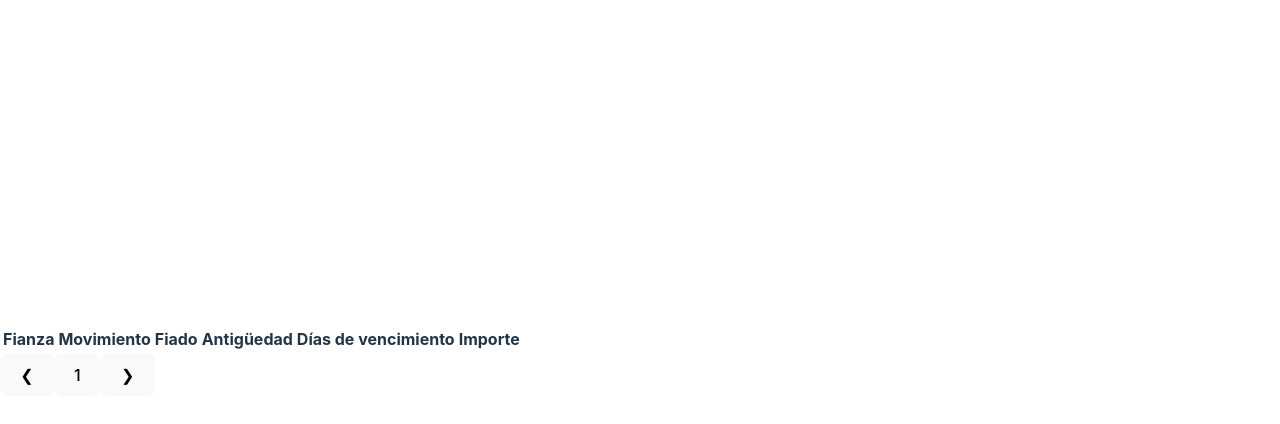
Repository: PCGP22/prueba-t-cnica-liberty-finanzas
Page: / (app in Prueba técnica full-stack/client/)
These files come from the project's save history. The page is drawn as it stood at one moment and after the next save; the edit follows.
The browser window is 1280 px wide. The pictures show the whole page.
The page's requests for data from a server got no answer. The project was rebuilt for these pictures with package versions that can differ from the ones it lists, and the page was loaded fresh each time. No one was signed in, and anything a server would have sent is missing. Also part of the build but not shown: Prueba técnica full-stack/client/vite.config.js, Prueba técnica full-stack/client/src/containers/tableContainer.jsx.

Above is the page before, as saved 2023-11-14 04:02:38.

### Prueba técnica full-stack/client/src/App.jsx
import useFetch from "./hooks/useFetch";
import useData from "./hooks/useData";
import { dataContext } from "./context/dataContext";
import Table from "./components/Table";
import { useEffect, useLayoutEffect, useState } from "react";
import usePagination from "./hooks/usePagination";
import TableContainer from "./containers/tableContainer";
import Pagination from "./components/pagination";

function App() {
  let url = "http://localhost:5000/primas";
  const {
    maxPages,
    currentPage,
    setCurrentPage,
    setData,
    currentData,
    setNextPage,
    setPrevPage,
  } = usePagination();
  useEffect(() => {
    fetch(url)
      .then((res) => res.json())
      .then((data) => setData(data.primas));
  }, [url]);

  return (
    <dataContext.Provider
      value={{
        maxPages,
        currentPage,
        setCurrentPage,
        setData,
        currentData,
        setNextPage,
        setPrevPage,
      }}>
      <Table data={currentData} />
      <Pagination />
    </dataContext.Provider>
  );
}

export default App;

### Prueba técnica full-stack/client/src/hooks/useFetch.jsx
import { useState, useEffect } from "react";

const useFetch = (url) => {
  const [fetchedData, setFetchedData] = useState({});

  useEffect(() => {
    fetch(url)
      .then((res) => res.json())
      .then((data) => setFetchedData(data));
  }, [url]);

  return [fetchedData];
};

export default useFetch;

### Prueba técnica full-stack/client/src/hooks/useData.jsx
import { useState } from "react";

const useData = () => {
  const [data, setData] = useState({});

  function filterData(filterCondition) {
    setData(data.filter(filterCondition));
  }

  return [data, setData, filterData];
};

export default useData;

### Prueba técnica full-stack/client/src/context/dataContext.js
import { createContext } from "react";

export const dataContext = createContext();

### Prueba técnica full-stack/client/src/components/Table.jsx
import { calculateAntiquityInDays } from "../utils/utils";
import { useContext } from "react";
import { dataContext } from "../context/dataContext";

function Table() {
  const { currentData } = useContext(dataContext);

  return (
    <table>
      <tbody>
        <tr>
          <th>Fianza</th>
          <th>Movimiento</th>
          <th>Fiado</th>
          <th>Antigüedad</th>
          <th>Días de vencimiento</th>
          <th>Importe</th>
        </tr>
        {currentData.length > 0 &&
          currentData.map((t) => {
            let antiquity = calculateAntiquityInDays(
              t.datos["fecha de emisión"]
            );
            let daysSinceStale = calculateAntiquityInDays(
              t.datos["fecha de vencimiento"]
            );
            if (daysSinceStale < 0) daysSinceStale = 0;
            return (
              <tr key={t.datos.código_de_fianza}>
                <td>{t.datos.código_de_fianza}</td>
                <td>{t.datos.tipo_de_movimiento}</td>
                <td>{t.datos.fiado}</td>
                <td>{antiquity}</td>
                <td>{daysSinceStale}</td>
                <td>${t.datos.importe.toLocaleString()}</td>
              </tr>
            );
          })}
      </tbody>
    </table>
  );
}

export default Table;

### Prueba técnica full-stack/client/src/hooks/usePagination.jsx
import { useState, useEffect } from "react";

const usePagination = () => {
  const quantityPerPage = 8;

  const [currentPage, setCurrentPage] = useState(1);
  const [initialData, setInitialData] = useState(null);
  const [currentData, setCurrentData] = useState({});
  const [maxPages, setMaxPages] = useState(1);

  function setData(data) {
    // setInitialData(data);
    // Divides the data, in groups of "quantityPerPage"
    let dividedData = data.slice(
      (currentPage - 1) * quantityPerPage,
      currentPage * quantityPerPage
    );
    setCurrentData(dividedData);
    setMaxPages(Math.ceil(data.length / quantityPerPage));
  }

  function setNextPage() {
    if (currentPage < maxPages) {
      setCurrentPage(currentPage + 1);
    }
  }
  function setPrevPage() {
    if (currentPage > 1) {
      setCurrentPage(currentPage - 1);
    }
  }

  return {
    maxPages,
    currentPage,
    setCurrentPage,
    setData,
    currentData,
    setNextPage,
    setPrevPage,
  };
};

export default usePagination;

### Prueba técnica full-stack/client/src/components/pagination.jsx
import { useContext } from "react";
import { dataContext } from "../context/dataContext";

function Pagination() {
  const { maxPages, currentPage, setCurrentPage, setNextPage, setPrevPage } =
    useContext(dataContext);
  //This pagination is somewhat complex because I've used it before in bigger proyects.
  //First, it initializes the pagination buttons to the first 6 numbers except for the number 1
  //The reason it doesn't includes the first page is because the first and last page buttons are always shown
  let pagesButtons = [2, 3, 4, 5, 6];
  //while the current page stays on the first three pages, show all first 6
  //The reason for the if, it's that I want the first 6 buttons to be shown when returning from the latest pages
  if (currentPage === 1 || currentPage === 2 || currentPage === 3) {
    pagesButtons = [2, 3, 4, 5, 6];
  }
  //As soon as we change to page 4 or more, let's follow the current page and
  //add two buttons to the left and two to the right
  if (currentPage >= 4) {
    pagesButtons = [
      currentPage - 2,
      currentPage - 1,
      currentPage,
      currentPage + 1,
      currentPage + 2,
    ];
  }
  //When approaching to the right end of the pagination, show the last 5 pages
  if (
    currentPage === maxPages - 1 ||
    currentPage === maxPages - 2 ||
    currentPage === maxPages
  ) {
    //The reason it doesn't includes the last page is because the first and last page buttons are always shown
    pagesButtons = [
      maxPages - 5,
      maxPages - 4,
      maxPages - 3,
      maxPages - 2,
      maxPages - 1,
    ];
  }
  return (
    <section className="pagination">
      <button
        //About the class: When in first or last page the navigation chevrons will have a special class
        //The same happens when the button is the current page
        className={`${currentPage === 1 && "disabled"}`}
        onClick={setPrevPage}>
        ❮
      </button>
      {/* First button, always shown */}
      <button
        className={`${currentPage === 1 && "disabled"}`}
        onClick={() => setCurrentPage(1)}>
        1
      </button>
      {/* Adds three dots in case the current page is bigger than 4*/}
      {currentPage > 4 && <p>•••</p>}
      {/* Map through all pages defined in the first part*/}
      {pagesButtons.map((p) => {
        if (p > 1 && p < maxPages)
          return (
            <button
              className={`${currentPage === p && "disabled"}`}
              key={p}
              onClick={() => setCurrentPage(p)}>
              {p}
            </button>
          );
      })}
      {/* Adds three dots in case the current page is getting closer to the right end*/}
      {currentPage < maxPages - 3 && <p>•••</p>}
      {/* If there's more than 1 page, show always the last page*/}
      {maxPages > 1 && (
        <button
          className={`${currentPage === maxPages && "disabled"}`}
          onClick={() => setCurrentPage(maxPages)}>
          {maxPages}
        </button>
      )}
      <button
        className={`${currentPage === maxPages && "disabled"}`}
        onClick={setNextPage}>
        ❯
      </button>
    </section>
  );
}

export default Pagination;

### Prueba técnica full-stack/client/src/utils/utils.js
export function calculateAntiquityInDays(date) {
  let parsedDate = parseDate(date);
  const CONSTANT_Ms_TO_DAYS = 86400000;
  let today = new Date();
  let comparisonDate = new Date(parsedDate);
  return Math.trunc((today - comparisonDate) / CONSTANT_Ms_TO_DAYS) - 1;
}

//transforms the date DD/MM/YYYY to an acceptable MM/DD/YYYY
function parseDate(date) {
  let stringToArray = date.split("/");
  let temp = stringToArray[0];
  stringToArray[0] = stringToArray[1];
  stringToArray[1] = temp;
  return stringToArray.join("/");
}

Loaded but not shown: Prueba técnica full-stack/client/index.html (common file); Prueba técnica full-stack/client/src/main.jsx (common file); Prueba técnica full-stack/client/src/index.css (common file)

After the next save:
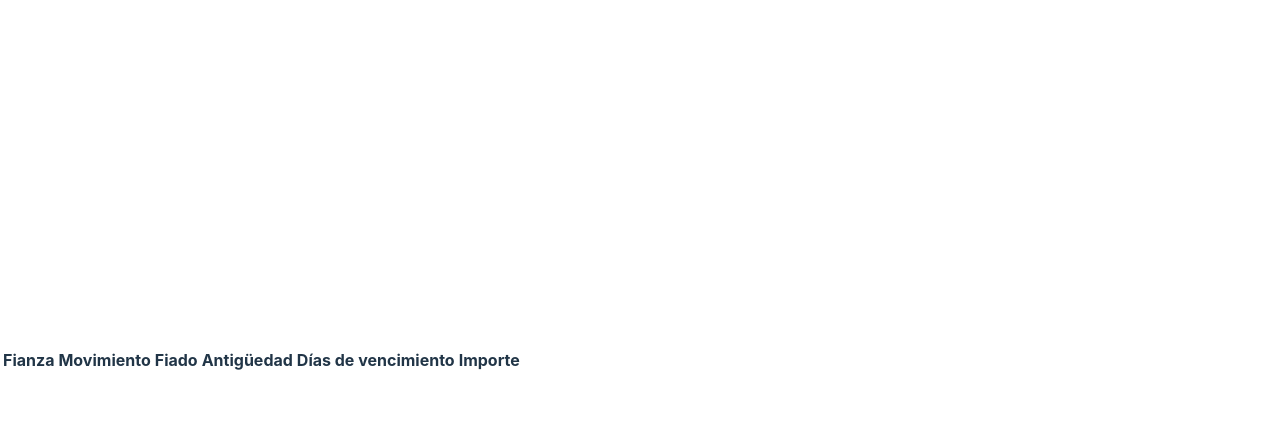
Saved 2 min 23 s later.
--- a/Prueba técnica full-stack/client/src/App.jsx
+++ b/Prueba técnica full-stack/client/src/App.jsx
@@ -35,8 +35,8 @@ function App() {
         setNextPage,
         setPrevPage,
       }}>
-      <Table data={currentData} />
-      <Pagination />
+      <Table />
+      {/* <Pagination /> */}
     </dataContext.Provider>
   );
 }
